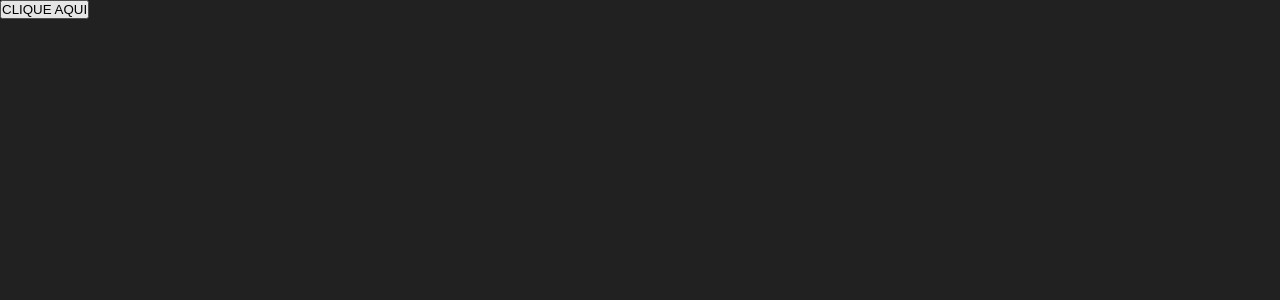
Repository: odiloalmeida/inever
Page: index.html
The author's editor kept a copy of each file at every save. The page is drawn from the files as they stood at one save, then again after the next save.
The browser window is 1280 px wide. The pictures show the whole page.

Above is the page before, as saved 2023-01-31 19:09:48.

### index.html
<!DOCTYPE html>
<html lang="en">
<head>
    <meta charset="UTF-8">
    <meta http-equiv="X-UA-Compatible" content="IE=edge">
    <meta name="viewport" content="width=device-width, initial-scale=1.0">
    <link rel="stylesheet" href="./style.css">
    <title>Document</title>
</head>
<body>
    <button>
        CLIQUE AQUI
    </button>
</body>
</html>

### style.css
* {
    padding: 0;
    margin: 0;
    box-sizing: border-box;
}

body {
    background-color: #212121;
}

After the next save:
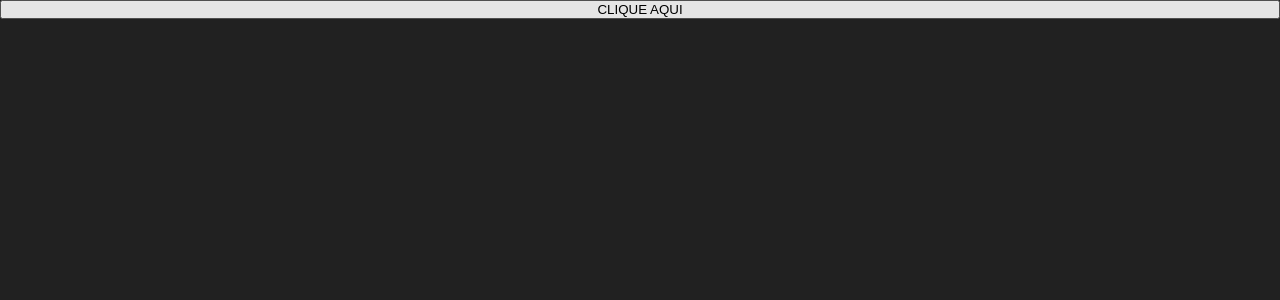
Saved 2 min 18 s later.
--- a/style.css
+++ b/style.css
@@ -6,4 +6,6 @@
 
 body {
     background-color: #212121;
+    display: grid;
+    align-items: center;
 }
